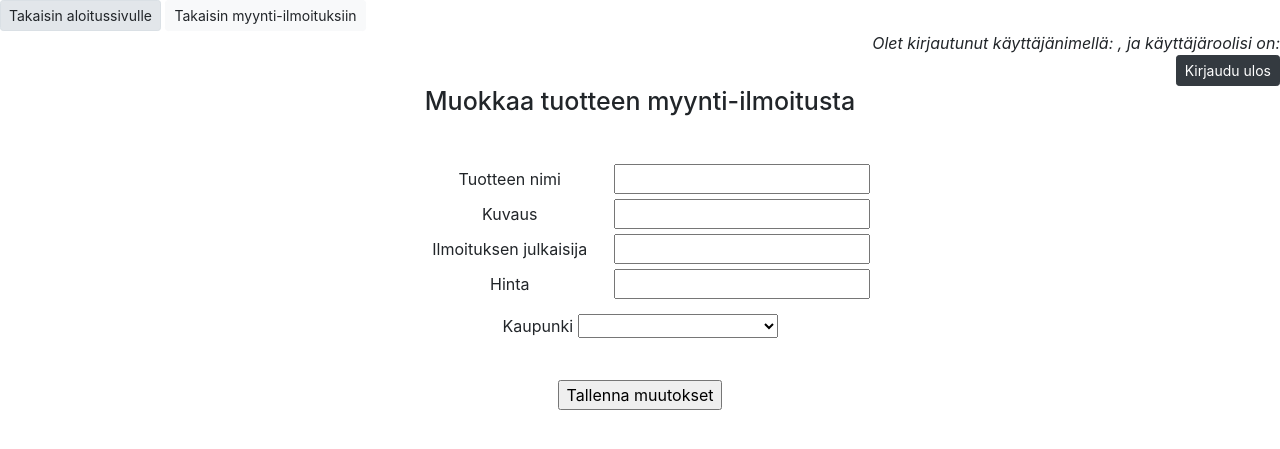
Repository: LiljestromNadja/Backend_s2023_harjoitustyo
Page: http://localhost/editArticle
The author's editor kept a copy of each file at every save. The page is drawn from the files as they stood at one save, then again after the next save.
The browser window is 1280 px wide. The pictures show the whole page.
The page is this project's Thymeleaf template; nobody is signed in. The template is opened directly, without the code that normally fills it, so the values that code supplies are empty.

Above is the page before, as saved 2023-11-10 16:45:14.

### harkkas23v01/src/main/resources/templates/editArticle.html
<!DOCTYPE HTML>
<html xmlns:th="http://www.thymeleaf.org">
	<head>
	    <title>Muokkaa ilmoitusta</title>
	    <meta http-equiv="Content-Type" content="text/html; charset=UTF-8" />
	    <!-- Bootstrap-linkki vaihdettu tähän 04-10-2023 -->
	<link rel="stylesheet" href="https://cdn.jsdelivr.net/npm/bootstrap@4.0.0/dist/css/bootstrap.min.css" integrity="sha384-Gn5384xqQ1aoWXA+058RXPxPg6fy4IWvTNh0E263XmFcJlSAwiGgFAW/dAiS6JXm" crossorigin="anonymous"> <!-- Lisättiin tyyli, bootstrap 4.0 -->
	<!-- Lisättiin tyyli, bootstrap 4.0 -->
	</head>
	<body>
			<a href="/index"><button class="text-left btn btn-light btn-sm">Takaisin aloitussivulle</button></a>
			<a href="/articlelist"><button	class="text-left btn btn-light btn-sm">Takaisin myynti-ilmoituksiin</button></a>

		<div class="text-right">
			<i>Olet kirjautunut käyttäjänimellä: <b sec:authentication="name"></b>,	ja käyttäjäroolisi on: <b sec:authentication="principal.authorities"></b>
			</i>
			<br>
			<form class="text-right" th:action="@{/logout}" method="post">
				<input type="submit" value="Kirjaudu ulos" class="btn btn-sm btn-dark" />
			</form>
		</div>

		<h1 style="text-align: center;font-size: 25px"> Muokkaa tuotteen myynti-ilmoitusta</h1>

		<div style="clear: both; display: block; height: 40px;"></div>


		<div style="text-align: center;">
		<form th:object="${article}" th:action="@{../save}" action="#" method="post"> <!-- Tässä menee @{/save} -->

			  	<input type="hidden" id="id" th:field="*{id}" /><!-- muokatessa id:n täytyy mennä mukana backendin puolelle, ettei luoda uutta articlea -->
			  	<div>
			  	<label style="width: 200px">Tuotteen nimi</label>
				<input type="text" th:field="*{title}" />
				</div>
				<div>
			  	<label style="width: 200px">Kuvaus</label>
			  	<input type="text" th:field="*{description}" />
				</div>
				<div>
			  	<label style="width: 200px">Ilmoituksen julkaisija</label>
				<input type="text" th:field="*{publisher}" />
				</div>
<!-- 			<div>
		  		<label>Ilmoitus jätetty</label>
				<input type="text" th:field="*{dateadded}" />
				</div> Käyttäjä ei syötä tätä tietoa-->
				<div>
			  	<label style="width: 200px">Hinta</label>
				<input type="number" th:field="*{price}" step="0.01"  />
				</div>
				<div style="clear: both; display: block; height: 10px;"></div>
			  	<label for="citylist">Kaupunki</label>
				 <select style="text-align: center; width: 200px" id="citylist" th:field="*{city}" >
	       			<option th:each="city: ${cities}" th:value="${city.cityid}" th:text="${city.name}"></option>
	    		</select>
	 	  		<div>
	<!--		<label>User id</label> <!--article.applicationuserid kulkee piilossa -->
				<input type="hidden" th:field="*{applicationuser.id}" />
				</div>
	     		<div style="clear: both; display: block; height: 10px;"></div>

	<!-- 		<label for="appuserlist">User</label><!-- Lisätty 20102023, käyttäjien listaus, jos on tarkoitus päästä muokkaan kirjan lisääjää muista muuttaa myös Controller -->
	<!--  		<select id="appuserlist" th:field="*{applicationuser}" class="form-control">
	       			<option th:each="applicationuser: ${applicationusers}" th:value="${applicationuser.id}" th:text="${applicationuser.username}"></option>
	    		</select> -->
				<br>

				<input type="submit" value="Tallenna muutokset"></input>
			</form>

		</div>


	</body>
</html>

After the next save:
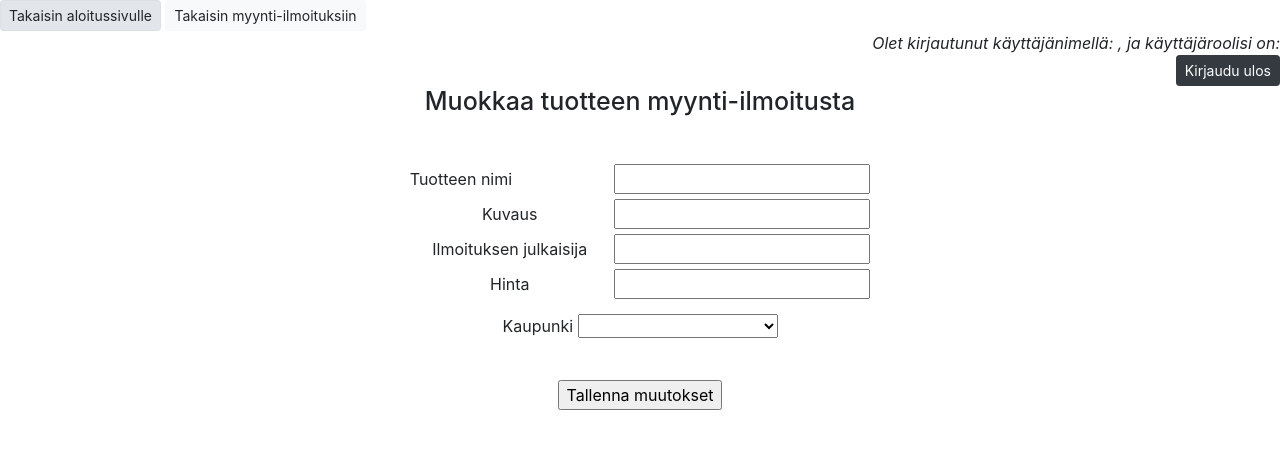
Saved 35 s later.
--- a/harkkas23v01/src/main/resources/templates/editArticle.html
+++ b/harkkas23v01/src/main/resources/templates/editArticle.html
@@ -30,7 +30,7 @@
 
 			  	<input type="hidden" id="id" th:field="*{id}" /><!-- muokatessa id:n täytyy mennä mukana backendin puolelle, ettei luoda uutta articlea -->
 			  	<div>
-			  	<label style="width: 200px">Tuotteen nimi</label>
+			  	<label style="width: 200px; text-align: left;">Tuotteen nimi</label>
 				<input type="text" th:field="*{title}" />
 				</div>
 				<div>
